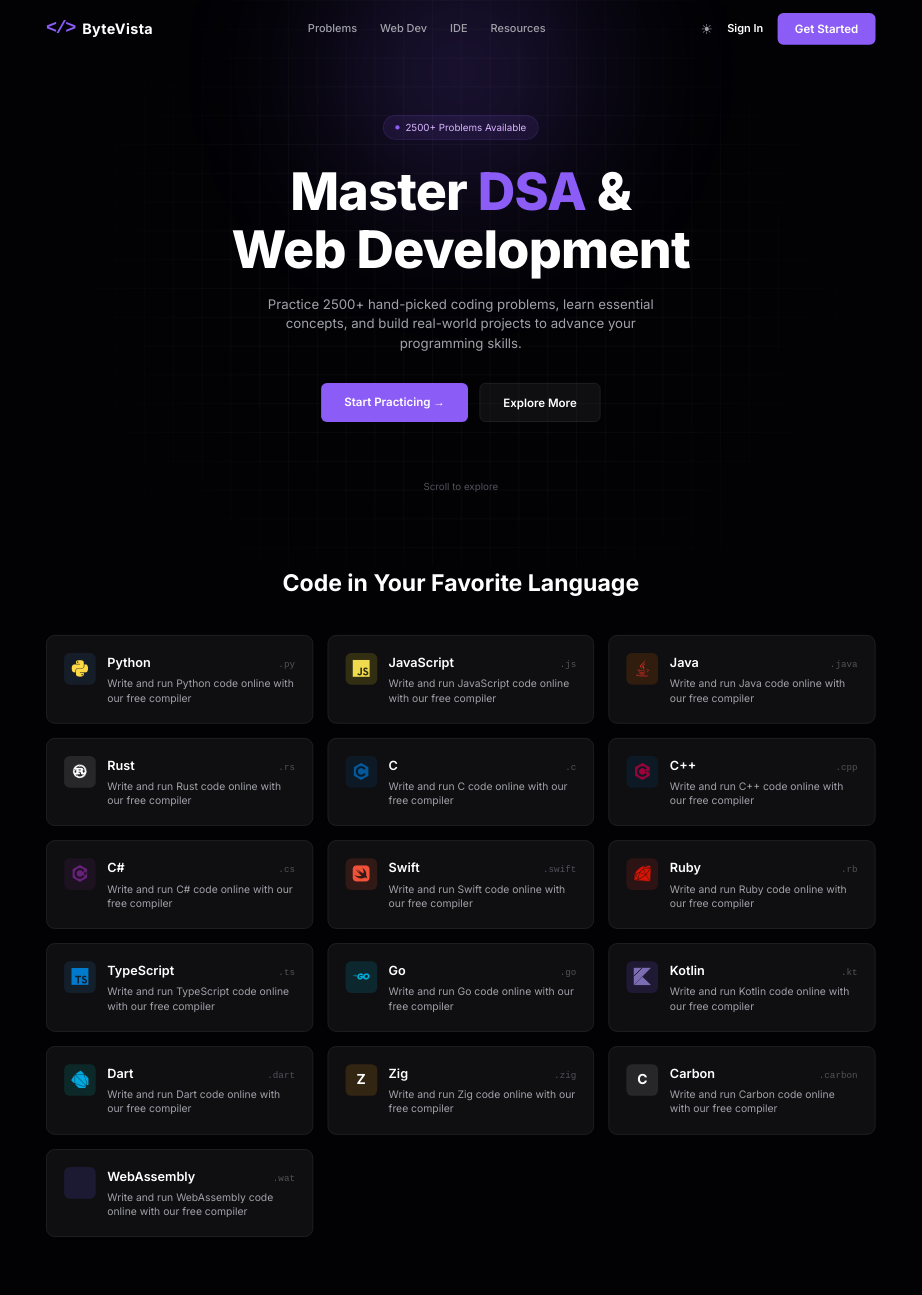
Repository: biswaranjansatapathy2005-lang/ByteVista
Page: frontend/language/language.html
The author's editor kept a copy of each file at every save. The page is drawn from the files as they stood at one save, then again after the next save.
The browser window is 1280 px wide. The pictures show the whole page, at 72% of full size.
Some web fonts or font styles are not loaded; a fallback is used.

Above is the page before, as saved 2025-12-13 02:28:58.

### frontend/language/language.html
<!DOCTYPE html>
<html lang="en">
<head>
    <meta charset="UTF-8">
    <meta name="viewport" content="width=device-width, initial-scale=1.0">
    <title>ByteVista - Master DSA & Web Dev</title>
    <link rel="stylesheet" href="language.css">

    <link rel="preconnect" href="https://fonts.googleapis.com">
    <link rel="preconnect" href="https://fonts.gstatic.com" crossorigin>
    <link href="https://fonts.googleapis.com/css2?family=Inter:wght@400;500;600;700;800&family=Courier+New:wght@700&display=swap" rel="stylesheet">

    <link rel="stylesheet" type='text/css' href="https://cdn.jsdelivr.net/gh/devicons/devicon@latest/devicon.min.css" />
</head>
<body>
    <div class="background-wrapper">
        <div class="purple-glow" id="glowEffect"></div>
        <div class="grid-pattern"></div>
    </div>
    <header class="navbar" id="navbar">
        <div class="container nav-container">
            <a href="#" class="brand-logo">
                <span class="logo-icon">&lt;/&gt;</span>
                <span class="logo-text">ByteVista</span>
            </a>

            <nav class="nav-links">
                <a href="#">Problems</a>
                <a href="#">Web Dev</a>
                <a href="#">IDE</a>
                <a href="#">Resources</a>
            </nav>

            <div class="nav-actions">
                 <button class="theme-toggle" aria-label="Toggle Theme">☀</button>
                 <a href="#" class="btn-signin">Sign In</a>
                 <a href="#" class="btn-primary">Get Started</a>
            </div>
        </div>
    </header>

    <main>
        <section class="hero-section">
            <div class="hero-bg-grid"></div> <div class="container hero-content">

                <div class="hero-badge">
                    <span class="dot"></span> 2500+ Problems Available
                </div>

                <h1>Master <span class="text-highlight">DSA</span> & <br> <span class="text-white">Web Development</span></h1>

                <p class="hero-desc">
                    Practice 2500+ hand-picked coding problems, learn essential concepts, and build real-world projects to advance your programming skills.
                </p>

                <div class="hero-buttons">
                    <a href="#" class="btn-primary large">Start Practicing &rarr;</a>
                    <a href="#" class="btn-secondary large">Explore More</a>
                </div>

                <div class="scroll-indicator">Scroll to explore</div>
            </div>
        </section>

        <section class="languages-section container">
            <h2 class="section-title">Code in Your Favorite Language</h2>
            <div id="language-grid" class="language-grid">
                </div>
        </section>
    </main>

    <script src="language.js"></script>
</body>
</html>

### frontend/language/language.css
/* --- Variables & Reset --- */
:root {
    --bg-main: #020205;       /* Very dark background */
    --bg-card: #0f0f11;       /* Card background */
    --bg-card-hover: #18181b;
    --primary-color: #8b5cf6; /* Violet/Purple */
    --primary-hover: #7c3aed;
    --text-main: #ffffff;
    --text-muted: #a1a1aa;
    --border-color: #27272a;
    --grid-line: rgba(255, 255, 255, 0.03);
    --font-main: 'Inter', sans-serif;
}

* { margin: 0; padding: 0; box-sizing: border-box; }

body {
    background-color: var(--bg-main);
    color: var(--text-main);
    font-family: var(--font-main);
    line-height: 1.5;
    overflow-x: hidden;
}

.container {
    max-width: 1200px;
    margin: 0 auto;
    padding: 0 24px;
}

a { text-decoration: none; color: inherit; transition: 0.2s; }
ul { list-style: none; }

/* --- Navbar (Glassmorphism) --- */
.navbar {
    position: fixed;
    top: 0; left: 0; width: 100%;
    padding: 18px 0;
    z-index: 1000;
    background-color: transparent;
    transition: all 0.3s ease;
    border-bottom: 1px solid transparent;
}

.navbar.scrolled {
    background: rgba(2, 2, 5, 0.75); /* Dark semi-transparent */
    backdrop-filter: blur(12px);     /* Glass Blur */
    -webkit-backdrop-filter: blur(12px);
    border-bottom: 1px solid rgba(255, 255, 255, 0.08);
    padding: 12px 0;
}

.nav-container {
    display: flex;
    justify-content: space-between;
    align-items: center;
}

/* Logo */
.brand-logo {
    display: flex;
    align-items: center;
    gap: 10px;
}
.logo-icon {
    font-family: 'Courier New', monospace;
    color: var(--primary-color);
    font-weight: 800;
    font-size: 1.6rem;
    letter-spacing: -2px;
}
.logo-text {
    font-weight: 700;
    font-size: 1.25rem;
    letter-spacing: 0.5px;
}

/* Nav Links */
.nav-links { display: flex; gap: 32px; }
.nav-links a {
    color: var(--text-muted);
    font-weight: 500;
    font-size: 0.95rem;
}
.nav-links a:hover { color: #fff; }

/* Nav Buttons */
.nav-actions { display: flex; align-items: center; gap: 20px; }
.theme-toggle { background: none; border: none; color: var(--text-muted); font-size: 1.2rem; cursor: pointer; }
.btn-signin { font-weight: 600; font-size: 0.95rem; }
.btn-primary {
    background-color: var(--primary-color);
    color: #fff;
    padding: 10px 24px;
    border-radius: 8px;
    font-weight: 600;
    transition: transform 0.2s, background-color 0.2s;
}
.btn-primary:hover {
    background-color: var(--primary-hover);
    transform: translateY(-1px);
}

/* --- Hero Section --- */
.hero-section {
    position: relative;
    padding: 160px 0 100px;
    text-align: center;
    overflow: hidden;
}

/* Background Grid Pattern */
.hero-bg-grid {
    position: absolute;
    top: 0; left: 0; width: 100%; height: 100%;
    background-image:
        linear-gradient(var(--grid-line) 1px, transparent 1px),
        linear-gradient(90deg, var(--grid-line) 1px, transparent 1px);
    background-size: 40px 40px;
    mask-image: radial-gradient(circle at center, black 40%, transparent 80%);
    -webkit-mask-image: radial-gradient(circle at center, black 40%, transparent 80%);
    z-index: -1;
    pointer-events: none;
}
.purple-glow {
    position: absolute;
    top: -150px;
    left: 50%;
    transform: translateX(-50%);
    width: 600px;
    height: 500px;
    background: radial-gradient(circle, rgba(139, 92, 246, 0.25) 0%, rgba(2, 1, 10, 0) 70%);
    filter: blur(80px);
    border-radius: 50%;
    transition: transform 0.2s ease-out; /* Smooth movement for JS */
}

.hero-content {
    display: flex;
    flex-direction: column;
    align-items: center;
}

/* Badge Pill */
.hero-badge {
    background: rgba(139, 92, 246, 0.1);
    border: 1px solid rgba(139, 92, 246, 0.2);
    padding: 6px 16px;
    border-radius: 50px;
    font-size: 0.85rem;
    color: #d8b4fe;
    margin-bottom: 32px;
    display: inline-flex;
    align-items: center;
    gap: 8px;
}
.hero-badge .dot {
    width: 6px; height: 6px; background-color: var(--primary-color); border-radius: 50%;
}

/* Typography */
.hero-section h1 {
    font-size: 4.5rem;
    font-weight: 800;
    line-height: 1.1;
    margin-bottom: 24px;
    letter-spacing: -1px;
}
.text-highlight { color: var(--primary-color); }

.hero-desc {
    color: var(--text-muted);
    font-size: 1.15rem;
    max-width: 600px;
    margin-bottom: 40px;
}

/* Hero Buttons */
.hero-buttons { display: flex; gap: 16px; margin-bottom: 80px; }
.btn-primary.large { padding: 14px 32px; font-size: 1rem; }
.btn-secondary.large {
    padding: 14px 32px;
    font-size: 1rem;
    background: rgba(255,255,255,0.05);
    border: 1px solid var(--border-color);
    border-radius: 8px;
    font-weight: 600;
}
.btn-secondary.large:hover { background: rgba(255,255,255,0.1); }

.scroll-indicator {
    color: #52525b;
    font-size: 0.85rem;
    animation: bounce 2s infinite;
}

@keyframes bounce {
    0%, 20%, 50%, 80%, 100% {transform: translateY(0);}
    40% {transform: translateY(-5px);}
    60% {transform: translateY(-3px);}
}

/* --- Languages Section --- */
.languages-section { padding-bottom: 80px; }
.section-title {
    text-align: center;
    margin-bottom: 48px;
    font-size: 2rem;
    font-weight: 700;
}

/* Grid Layout */
.language-grid {
    display: grid;
    grid-template-columns: repeat(auto-fill, minmax(300px, 1fr));
    gap: 20px;
}

/* Card Styling */
.language-card {
    background-color: var(--bg-card);
    border: 1px solid var(--border-color);
    border-radius: 12px;
    padding: 24px;
    display: flex;
    align-items: flex-start;
    gap: 16px;
    cursor: pointer;
    position: relative;
    transition: all 0.3s ease;
    overflow: hidden;
}

/* Card Hover Effects */
.language-card:hover {
    transform: translateY(-4px);
    background-color: var(--bg-card-hover);
    border-color: #3f3f46;
    box-shadow: 0 10px 30px -10px rgba(0,0,0,0.5);
}

/* Glow Effect */
.language-card::before {
    content: '';
    position: absolute;
    top: 0; left: 0; width: 100%; height: 100%;
    background: radial-gradient(600px circle at var(--mouse-x, center) var(--mouse-y, center), rgba(255,255,255,0.04), transparent 40%);
    opacity: 0;
    transition: opacity 0.3s;
    pointer-events: none;
    z-index: 1;
}
.language-card:hover::before { opacity: 1; }

/* Icon Box */
.card-icon {
    width: 44px; height: 44px;
    border-radius: 8px;
    display: flex;
    align-items: center;
    justify-content: center;
    flex-shrink: 0;
}
.card-icon i { font-size: 24px; }
.card-icon span { font-size: 1.2rem; font-weight: bold; color: #fff; }

/* Content */
.card-content { z-index: 2; flex-grow: 1; }
.card-header {
    display: flex; justify-content: space-between; align-items: baseline;
    margin-bottom: 6px;
}
.lang-name { font-size: 1.1rem; font-weight: 600; color: #fff; }
.lang-ext { font-size: 0.8rem; color: #52525b; font-family: monospace; }
.card-desc { font-size: 0.9rem; color: var(--text-muted); line-height: 1.4; }

/* Responsive Adjustments */
@media (max-width: 768px) {
    .hero-section h1 { font-size: 2.5rem; }
    .nav-links { display: none; } /* Hide links on mobile for simplicity */
}

### frontend/language/language.js
document.addEventListener('DOMContentLoaded', () => {

    // --- 1. Navbar Glass Effect Logic ---
    const navbar = document.getElementById('navbar');

    window.addEventListener('scroll', () => {
        if (window.scrollY > 20) {
            navbar.classList.add('scrolled');
        } else {
            navbar.classList.remove('scrolled');
        }
    });


    // --- 2. Language Cards Data ---
    const languages = [
        { name: 'Python', ext: '.py', desc: 'Write and run Python code online with our free compiler', icon: 'devicon-python-plain colored', bg: 'rgba(55, 118, 171, 0.15)' },
        { name: 'JavaScript', ext: '.js', desc: 'Write and run JavaScript code online with our free compiler', icon: 'devicon-javascript-plain colored', bg: 'rgba(247, 223, 30, 0.15)' },
        { name: 'Java', ext: '.java', desc: 'Write and run Java code online with our free compiler', icon: 'devicon-java-plain colored', bg: 'rgba(231, 111, 0, 0.15)' },
        { name: 'Rust', ext: '.rs', desc: 'Write and run Rust code online with our free compiler', icon: 'devicon-rust-plain', bg: '#27272a' }, // Rust is white
        { name: 'C', ext: '.c', desc: 'Write and run C code online with our free compiler', icon: 'devicon-c-plain colored', bg: 'rgba(0, 89, 156, 0.15)' },
        { name: 'C++', ext: '.cpp', desc: 'Write and run C++ code online with our free compiler', icon: 'devicon-cplusplus-plain colored', bg: 'rgba(0, 89, 156, 0.15)' },
        { name: 'C#', ext: '.cs', desc: 'Write and run C# code online with our free compiler', icon: 'devicon-csharp-plain colored', bg: 'rgba(104, 33, 122, 0.15)' },
        { name: 'Swift', ext: '.swift', desc: 'Write and run Swift code online with our free compiler', icon: 'devicon-swift-plain colored', bg: 'rgba(240, 81, 56, 0.15)' },
        { name: 'Ruby', ext: '.rb', desc: 'Write and run Ruby code online with our free compiler', icon: 'devicon-ruby-plain colored', bg: 'rgba(204, 52, 45, 0.15)' },
        { name: 'TypeScript', ext: '.ts', desc: 'Write and run TypeScript code online with our free compiler', icon: 'devicon-typescript-plain colored', bg: 'rgba(49, 120, 198, 0.15)' },
        { name: 'Go', ext: '.go', desc: 'Write and run Go code online with our free compiler', icon: 'devicon-go-original-wordmark colored', bg: 'rgba(0, 173, 216, 0.15)' },
        { name: 'Kotlin', ext: '.kt', desc: 'Write and run Kotlin code online with our free compiler', icon: 'devicon-kotlin-plain colored', bg: 'rgba(127, 82, 255, 0.15)' },
        { name: 'Dart', ext: '.dart', desc: 'Write and run Dart code online with our free compiler', icon: 'devicon-dart-plain colored', bg: 'rgba(0, 180, 171, 0.15)' },
        { name: 'Zig', ext: '.zig', desc: 'Write and run Zig code online with our free compiler', fallback: 'Z', bg: 'rgba(247, 164, 29, 0.15)' },
        { name: 'Carbon', ext: '.carbon', desc: 'Write and run Carbon code online with our free compiler', fallback: 'C', bg: '#27272a' },
        { name: 'WebAssembly', ext: '.wat', desc: 'Write and run WebAssembly code online with our free compiler', icon: 'devicon-wasm-plain colored', bg: 'rgba(101, 79, 240, 0.15)' },
    ];


    // --- 3. Render Cards & Add Hover Effect ---
    const grid = document.getElementById('language-grid');

    languages.forEach(lang => {
        const card = document.createElement('div');
        card.className = 'language-card';

        // Icon Logic
        let iconHtml;
        if (lang.icon) {
            iconHtml = `<i class="${lang.icon}"></i>`;
        } else {
            iconHtml = `<span>${lang.fallback}</span>`;
        }

        card.innerHTML = `
            <div class="card-icon" style="background-color: ${lang.bg}">
                ${iconHtml}
            </div>
            <div class="card-content">
                <div class="card-header">
                    <h3 class="lang-name">${lang.name}</h3>
                    <span class="lang-ext">${lang.ext}</span>
                </div>
                <p class="card-desc">${lang.desc}</p>
            </div>
        `;

        // Mouse Move Glow Effect
        card.addEventListener('mousemove', (e) => {
            const rect = card.getBoundingClientRect();
            const x = e.clientX - rect.left;
            const y = e.clientY - rect.top;
            card.style.setProperty('--mouse-x', `${x}px`);
            card.style.setProperty('--mouse-y', `${y}px`);
        });

        grid.appendChild(card);
    });
});

After the next save:
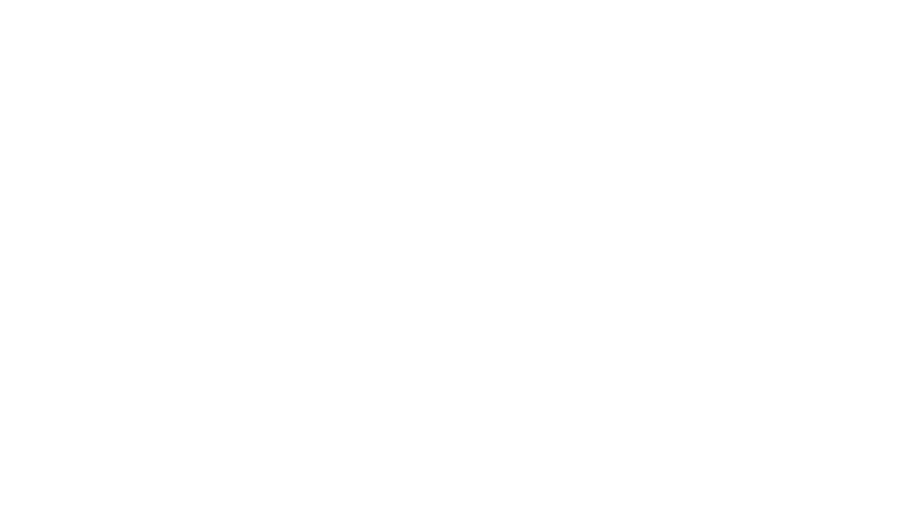
Saved 65 s later.
--- a/frontend/language/language.html
+++ b/frontend/language/language.html
@@ -3,7 +3,7 @@
 <head>
     <meta charset="UTF-8">
     <meta name="viewport" content="width=device-width, initial-scale=1.0">
-    <title>ByteVista - Master DSA & Web Dev</title>
+    <title>ByteVista - /title>
     <link rel="stylesheet" href="language.css">
 
     <link rel="preconnect" href="https://fonts.googleapis.com">

After the 2 saves that followed:
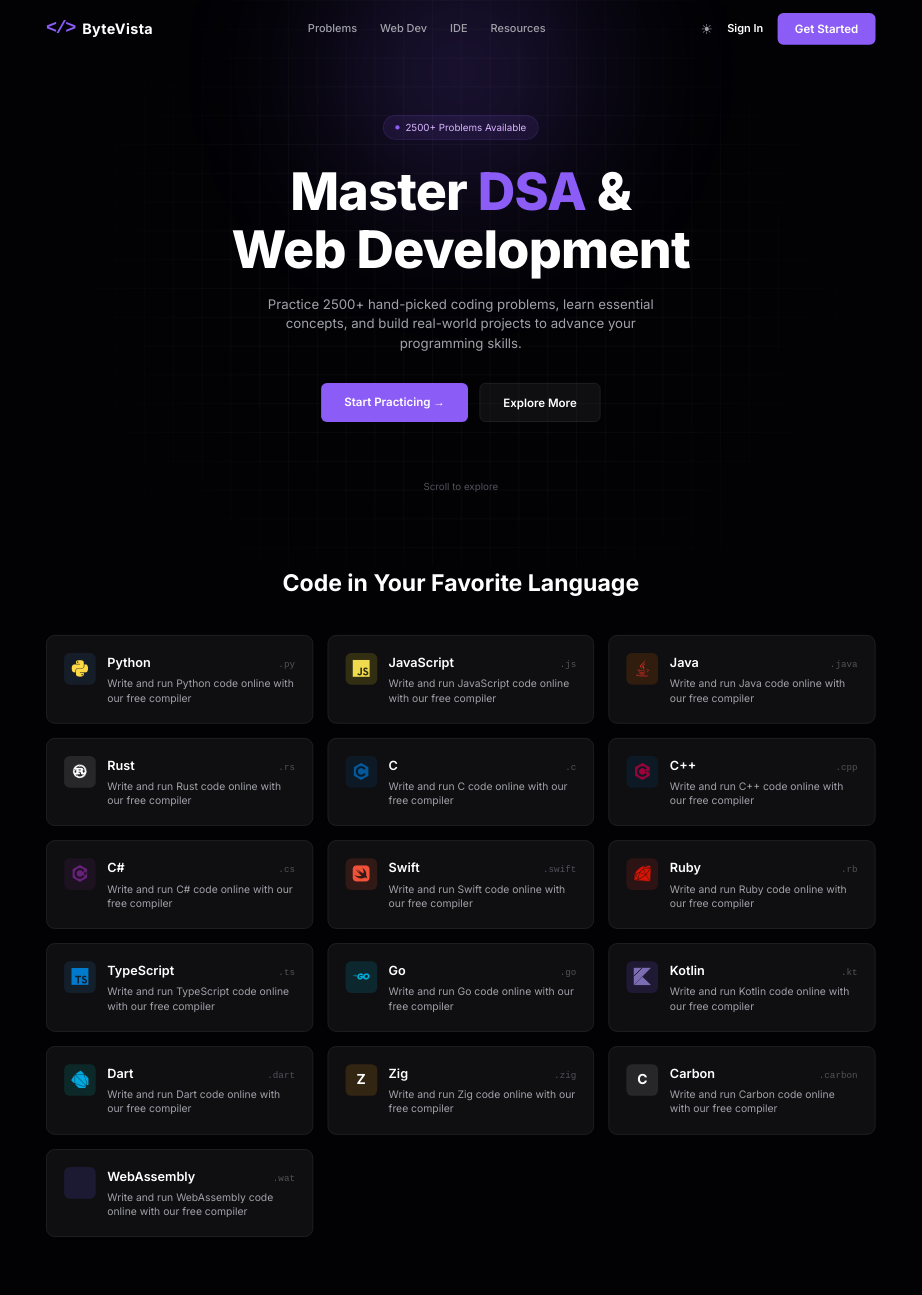
The 2 saves are shown as one change because 1 left the picture as it was.
The last was saved 14 s later.
--- a/frontend/language/language.html
+++ b/frontend/language/language.html
@@ -3,7 +3,7 @@
 <head>
     <meta charset="UTF-8">
     <meta name="viewport" content="width=device-width, initial-scale=1.0">
-    <title>ByteVista - /title>
+    <title>ByteVista - Learn Programming Visually</title>
     <link rel="stylesheet" href="language.css">
 
     <link rel="preconnect" href="https://fonts.googleapis.com">
